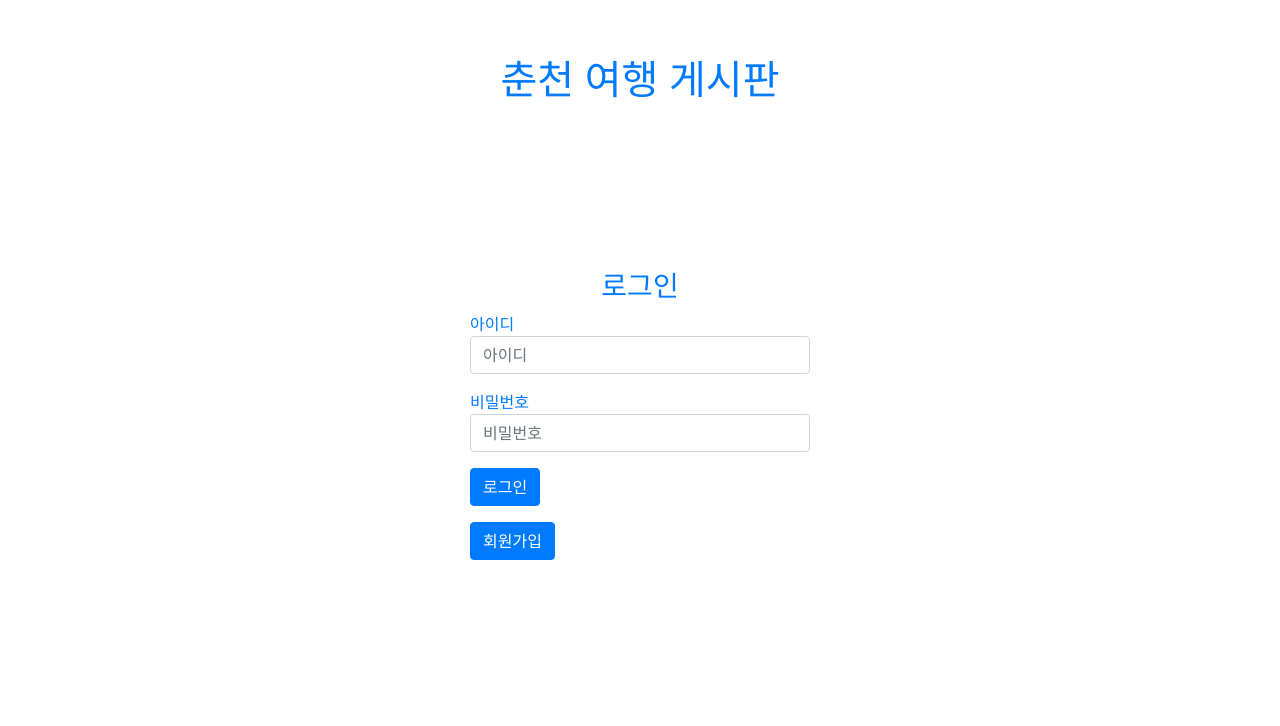
Repository: Seongjoo-Shin/webServer
Page: http://localhost/project/project/login.jsp
These files come from the project's save history. The page is drawn as it stood at one moment and after the next save; the edit follows.
The browser window is 1280 px wide. The pictures show the whole page.
The page is served by Tomcat 9. Other server files are loaded and not shown.

Above is the page before, as saved 2021-06-14 07:19:28.

### 20165514_신성주_웹서버구축_프로젝트_소스코드/project/WebContent/project/login.jsp
<%@ page language="java" contentType="text/html; charset=utf-8"
    pageEncoding="utf-8"%>
<!DOCTYPE html>
<html>
<head>
<meta charset="utf-8">
<title>로그인</title>
<link rel="stylesheet" href="https://stackpath.bootstrapcdn.com/bootstrap/4.3.1/css/bootstrap.min.css" integrity="sha384-ggOyR0iXCbMQv3Xipma34MD+dH/1fQ784/j6cY/iJTQUOhcWr7x9JvoRxT2MZw1T" crossorigin="anonymous">
</head>
<body>
	<div class="container">
	<h1 class="text-primary text-center" style="margin:5% auto;">춘천 여행 게시판</h1>
		<div class="col-sm-4" style="margin:15% auto; border=solid 1;">
		<h3 class="text-center text-primary">로그인</h3>
		<form method="post" action="login_process.jsp">
			<p class="text-primary">아이디<input type="text" name="user_id" class="form-control" placeholder="아이디"></p>
			<p class="text-primary">비밀번호<input type="password" name="user_pwd" class="form-control" placeholder="비밀번호"></p>
			<p><input type="submit" class="btn btn-primary" value="로그인"></p>
			<p><a href="register.jsp" class="btn btn-primary">회원가입</a>
		</form>
		</div>
	</div>
</body>
</html>

After the next save:
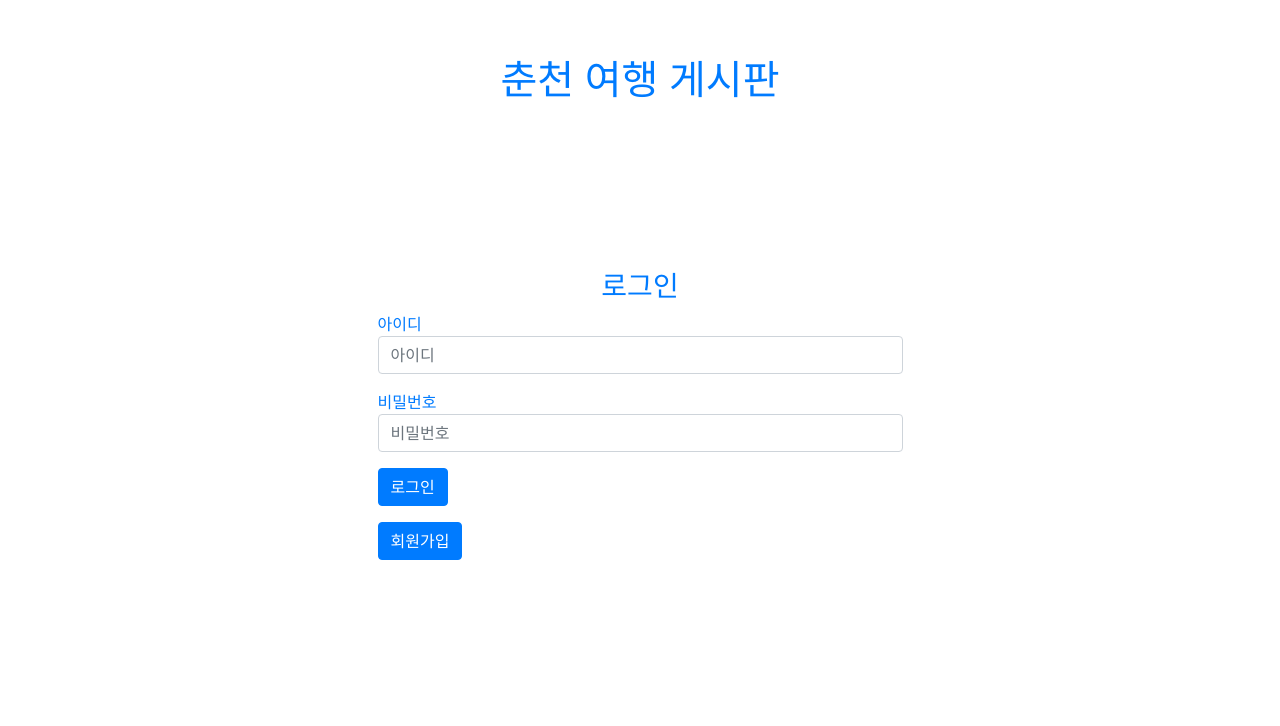
Saved 17 s later.
--- a/20165514_신성주_웹서버구축_프로젝트_소스코드/project/WebContent/project/login.jsp
+++ b/20165514_신성주_웹서버구축_프로젝트_소스코드/project/WebContent/project/login.jsp
@@ -10,7 +10,7 @@
 <body>
 	<div class="container">
 	<h1 class="text-primary text-center" style="margin:5% auto;">춘천 여행 게시판</h1>
-		<div class="col-sm-4" style="margin:15% auto; border=solid 1;">
+		<div class="col-sm-6" style="margin:15% auto; border=solid 1;">
 		<h3 class="text-center text-primary">로그인</h3>
 		<form method="post" action="login_process.jsp">
 			<p class="text-primary">아이디<input type="text" name="user_id" class="form-control" placeholder="아이디"></p>
